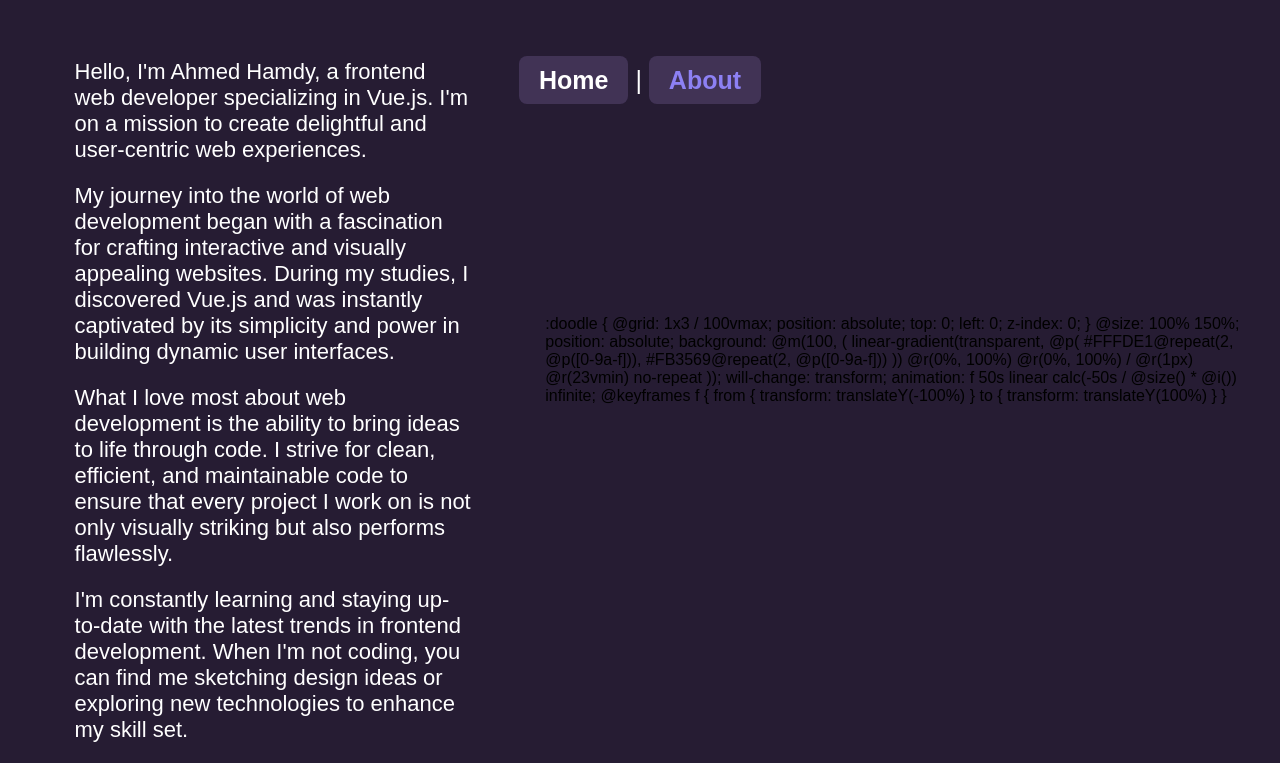
Repository: ahamdy997/portfolio
Page: /about
These files come from the project's save history. The page is drawn as it stood at one moment and after the next save; the edit follows.
The browser window is 1280 px wide. The pictures show the whole page.
The project was rebuilt for these pictures with package versions that can differ from the ones it lists, and the page was loaded fresh each time. Also part of the build but not shown: vue.config.js, src/components/HelloWorld.vue, src/views/HomeView.vue.

Above is the page before, as saved 2023-11-05 01:48:36.

After the next save:
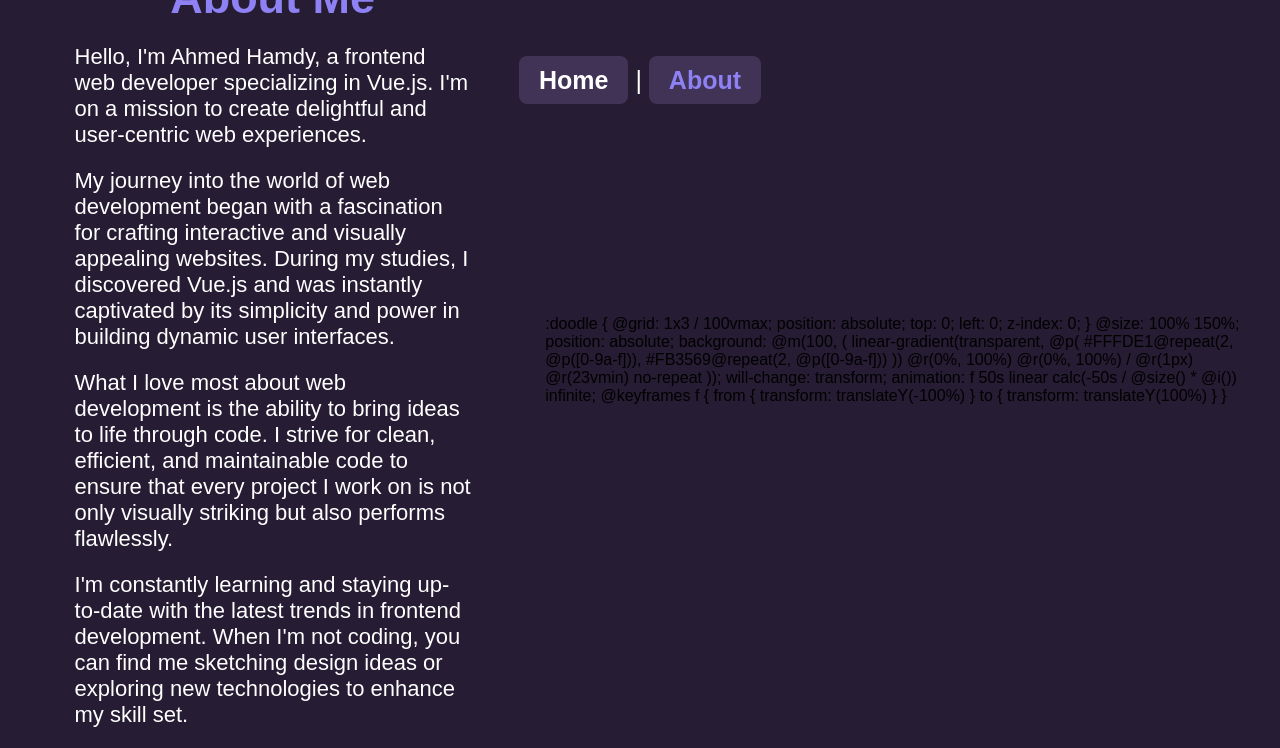
Saved 82 s later.
--- a/src/views/AboutView.vue
+++ b/src/views/AboutView.vue
@@ -36,6 +36,7 @@ p {
   display: flex;
   flex-direction: column;
   justify-content: center;
+  margin: auto;
 }
 .about {
   width: 80%;
